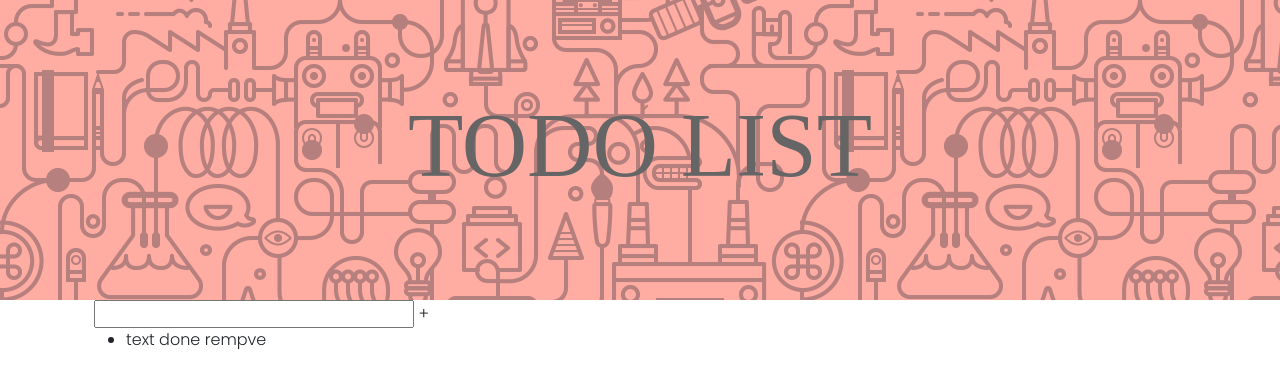
Repository: zum281/todo-list
Page: index.html
The author's editor kept a copy of each file at every save. The page is drawn from the files as they stood at one save, then again after the next save.
The browser window is 1280 px wide. The pictures show the whole page.
Some web fonts or font styles are not loaded; a fallback is used. The style sheet was rebuilt from its Sass, Less or Tailwind sources for each picture, by a compiler version that may differ from the author's.

Above is the page before, as saved 2021-03-05 15:54:38.

### index.html
<!DOCTYPE html>
<html lang="en">

    <head>
        <meta charset="UTF-8">
        <meta http-equiv="X-UA-Compatible" content="IE=edge">
        <meta name="viewport" content="width=device-width, initial-scale=1.0">

        <!-- Bootstrap CSS -->
        <link href="https://cdn.jsdelivr.net/npm/bootstrap@5.0.0-beta2/dist/css/bootstrap.min.css" rel="stylesheet"
            integrity="sha384-BmbxuPwQa2lc/FVzBcNJ7UAyJxM6wuqIj61tLrc4wSX0szH/Ev+nYRRuWlolflfl" crossorigin="anonymous">
        <!-- Option 1: Bootstrap Bundle with Popper -->
        <script src="https://cdn.jsdelivr.net/npm/bootstrap@5.0.0-beta2/dist/js/bootstrap.bundle.min.js"
            integrity="sha384-b5kHyXgcpbZJO/tY9Ul7kGkf1S0CWuKcCD38l8YkeH8z8QjE0GmW1gYU5S9FOnJ0" crossorigin="anonymous">
        </script>

        <!--Jquery-->
        <script src="https://code.jquery.com/jquery-3.6.0.min.js"
            integrity="sha256-/xUj+3OJU5yExlq6GSYGSHk7tPXikynS7ogEvDej/m4=" crossorigin="anonymous"></script>

        <link rel="stylesheet" href="css/main.css">
        <title>Todo List</title>
    </head>

    <body>
        <div class="container-fluid head">

            <h1 class="title">TODO LIST</h1>
        </div>
        <div class="container main">
            <div class="container add-todo-box">
                <input type="text" name="add-todo" id="add-todo">
                <span>+</span>
            </div>
            <div class="container todo-list-container">
                <ul class="todo-list">
                    <li class="todo-item"><span>text</span> done rempve</li>
                </ul>
            </div>
        </div>
        <script src="js/main.js"></script>
    </body>

</html>

### sass/main.scss
@import url("https://fonts.googleapis.com/css2?family=Poppins:wght@300;400;500;600;700&display=swap");
@import url("https://fonts.googleapis.com/css2?family=Chelsea+Market&display=swap");

* {
    margin: 0;
    padding: 0;
    box-sizing: border-box;
}

body {
    font-weight: 300;
    font-family: "Poppins";
}
.head {
    min-height: 300px;
    background: url("/assets/science.png");
    background-repeat: repeat;
    opacity: 0.6;
    display: flex;
    align-items: center;
    justify-content: center;
}

.title {
    font-family: "Chelsea Market";
    text-align: center;
    font-size: 68pt;
    color: #000;
}

Loaded but not shown: js/main.js (common file)

After the next save:
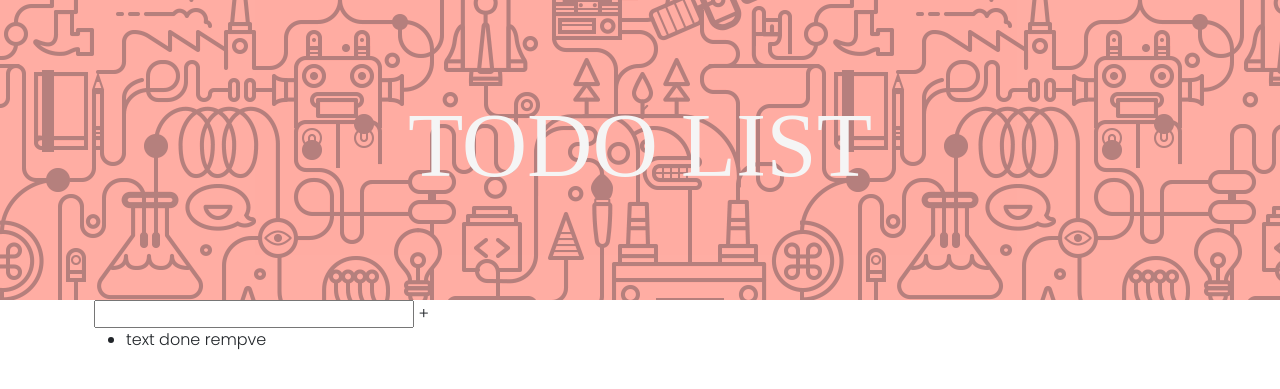
Saved 7 s later.
--- a/sass/main.scss
+++ b/sass/main.scss
@@ -25,5 +25,5 @@ body {
     font-family: "Chelsea Market";
     text-align: center;
     font-size: 68pt;
-    color: #000;
+    color: #f0f0f0;
 }
